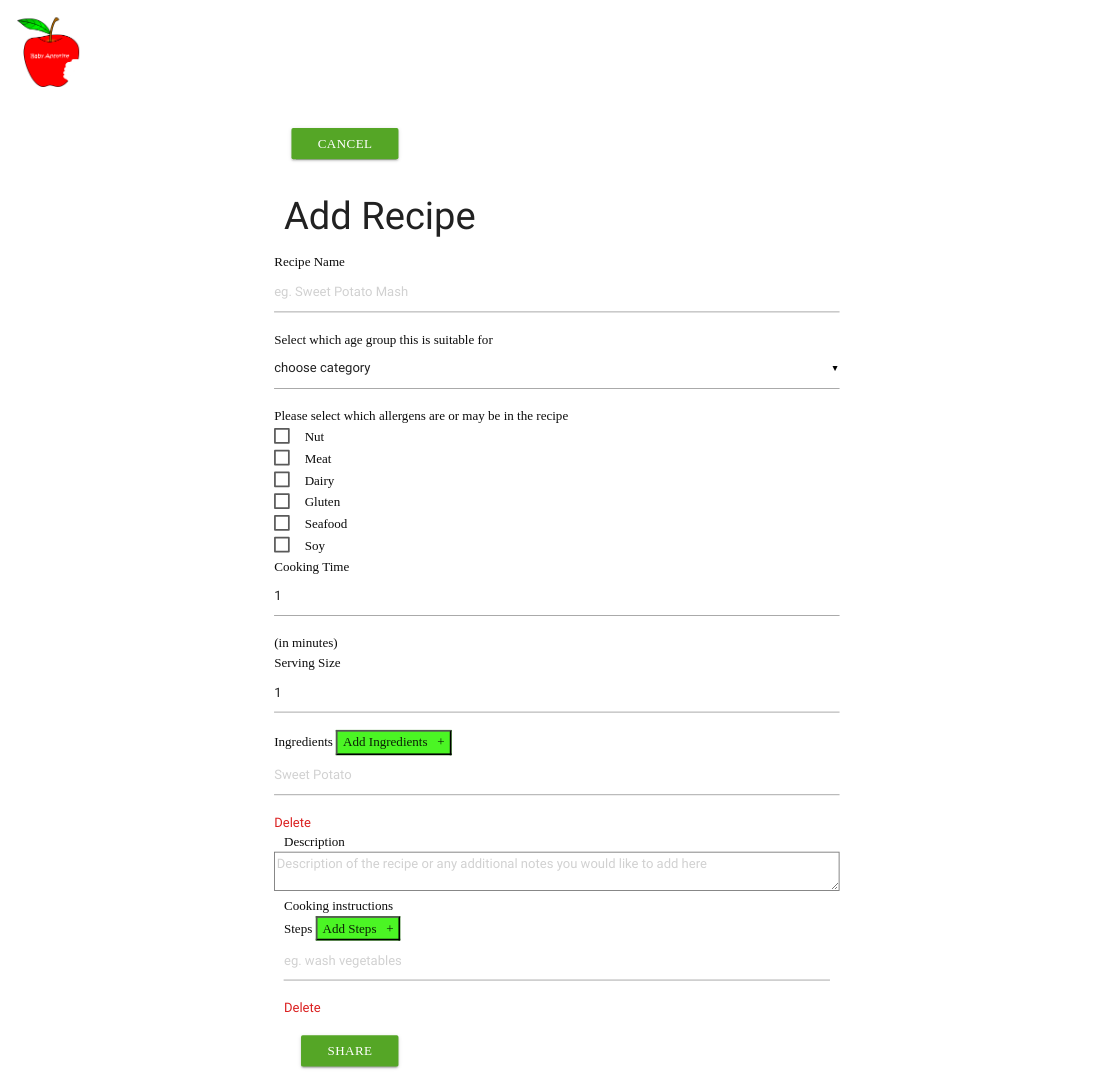
Repository: blueag8/babyappytite
Page: http://localhost/addrecipe
The author's editor kept a record of every edit. The page is drawn from the files as they stood at one moment, then again after a run of edits.
The browser window is 1280 px wide. The pictures show the whole page, at 87% of full size.
Some web fonts or font styles are not loaded; a fallback is used. Some web libraries are served in a nearby version. The page is served by the project's application, run on Flask 3 (app.py). Queries for data that is not in the repository find no rows.

Above is the page before.

### templates/addrecipe.html
{% extends 'base.html'%}{% block content %}

<div class=container>
 <div class="row">
    <div class="cancel">
     <button onclick="goBack()"class="btn">Cancel</button>
     </div>
  </div>


  <h3>Add Recipe</h3>

<div class="form">
<form action="{{url_for('insert_recipe')}}" name="form" method="POST" class="col s12">


    <div class="row">
     <label class="recipe_name">Recipe Name</label>
      <input type="text" class="form-control" id="recipe_name" name="recipe_name" placeholder="eg. Sweet Potato Mash">
     </div>

      <div class="row">
      <label for="category_age">Select which age group this is suitable for</label>

        <select id="category_age" name="category_age"required>
          <option value=""disabled>choose category</option>

               {% for cat in categories %}
          <option value="{{cat.category_age}}">{{cat.category_age}}</option>
               {% endfor %}
        </select>
      </div>

 <div class="row">
  <div class = "allergens">
     <label for="allergens" name="allergen">Please select which allergens are or may be in the recipe</label>

      <div class="form-check form-check-inline">
        <input class="form-check-input" type="checkbox" id="nut" name="allergen" value="nut">
        <label class="form-check-label" for="nut">Nut</label>
      </div>

     <div class="form-check form-check-inline">
        <input class="form-check-input" type="checkbox" id="meat" name="allergn" value="meat">
        <label class="form-check-label" for="meat">Meat</label>
     </div>

     <div class="form-check form-check-inline">
        <input class="form-check-input" type="checkbox" id="dairy" name="allergen" value="dairy">
        <label class="form-check-label" for="dairy">Dairy</label>
     </div>

     <div class="form-check form-check-inline">
       <input class="form-check-input" type="checkbox" id="gluten" name="allergen" value="gluten">
        <label class="form-check-label" for="gluten">Gluten</label>
     </div>

     <div class="form-check form-check-inline">
        <input class="form-check-input" type="checkbox" id="seafood" name="allergen" value="seafood">
        <label class="form-check-label" for="seafood">Seafood</label>
      </div>

     <div class="form-check form-check-inline">
        <input class="form-check-input" type="checkbox" id="soy" name="allergen" value="soy">
        <label class="form-check-label" for="soy">Soy</label>
     </div>
   </div>
 </div>

<div class="row">
    <label for="cooking_time">Cooking Time</label>

      <input type="number" name="cooking_time" min="0" max="200" step="1" value="1">
      <label>(in minutes)</label>
  </div>

 <div class="row">
    <label for="portion_size">Serving Size</label>
    <input type="number" name="portion_size" min="0" max="200" step="1" value="1">
  </div>


 <div class="row">
    <div class= "wrapper1">
       <div class="container1">
        <label for="ingredients">Ingredients</label>
        <button class="ingredient">Add Ingredients &nbsp;
          <span>+ </span>
        </button>
        <div><input type="text" name="ingredient" placeholder="Sweet Potato">
          <a href="#" class="delete">Delete</a></div>
      </div>
    </div>
  </div>


 <div class="recipe_description">
    <label for="recipe_description">Description</label>
      <div class="row">
      <textarea class="form-control" id="recipe_description" name="recipe_description" rows="5" placeholder="Description of the recipe or any additional notes you would like to add here"></textarea>
       </div>
    </div>

 <div class="steps">
    <label for="add_steps">Cooking instructions</label>

<!-------referred to https://stackoverflow.com/questions/14853779/adding-input-elements-dynamically-to-form ----->

      <div class= "wrapper2">
        <div class="container2">
         <label for="steps">Steps</label>
          <button class="step">Add Steps &nbsp;
            <span>+ </span>
          </button>
            <div><input type="text" name="step" placeholder="eg. wash vegetables">
            <a href="#" class="delete">Delete</a></div>
            </div>
        </div>


 <!-- Modal Trigger Materialize-->
<button data-target="share_recipe" class="btn modal-trigger">Share</button>

  <!-- Modal Structure -->
  <div id="share_recipe" class="modal">
    <div class="modal-content">
      <h4>Thank you for Sharing!</h4>
       <p><img src="/static/image/submit.png"></p>
      <p>Changed your mind? Click outside this notification box to return to edit form</p>
    </div>
    <div class="modal-footer">
     <button><a class="modal-action modal-close waves-effect waves-green btn-flat">Return to recipes</a></button>
    </div>
  </div>


</form>

 {% endblock %}

### templates/base.html
<!DOCTYPE html>
<html lang="en">
<head>
    <meta charset="UTF-8">
    <meta name="viewport" content="width=device-width, initial-scale=1.0">
    <meta http-equiv="X-UA-Compatible" content="ie=edge">

    <title>"Baby Appy-tite | Recipes for 6 months +"</title>

    <link href="https://fonts.googleapis.com/css?family=Emilys+Candy&display=swap" rel="stylesheet">
    <link rel="stylesheet" href="https://cdnjs.cloudflare.com/ajax/libs/materialize/0.100.2/css/materialize.min.css">
    <link rel="stylesheet" href="{{url_for('static', filename='css/style.css')}}" type="text/css" />
</head>
<header>
         <div class="nav-wrapper">
              <div class="navbar img">
                 <a class="icon" href="{{url_for('home')}}">
                 <img class="responsive-img" src="/static/image/babyappytite.png">
                </a>
            </div>
        </div>
      </div>
</header>
<body>
    <div class="container">
        {% block content %}{% endblock %}
    </div>


    <script src="https://cdnjs.cloudflare.com/ajax/libs/jquery/3.3.1/jquery.min.js"></script>
    <script src="https://cdnjs.cloudflare.com/ajax/libs/jquery/3.2.1/jquery.min.js"></script>
    <script src="https://cdnjs.cloudflare.com/ajax/libs/materialize/0.100.2/js/materialize.min.js"></script>

<!------------jquery referred to code for adding fields from https://www.sanwebe.com/2013/03/addremove-input-fields-dynamically-with-jquery------------------>

    <script type="text/javascript">

    $(document).ready(function(){

    var max_fields =20;
    var wrapper1 = $(".container1");
    var wrapper2 = $(".container2");
    var add_ingredient = $(".ingredient");
    var add_step = $(".step");
    var x = 1;

    $(add_ingredient).click(function(e) {
        e.preventDefault();
        if (x < max_fields) {
            x++;
            $(wrapper1).append('<div><ol><input type="text" name="ingredient"/></ol><a href="#" class="delete">Delete</a></div>'); //add input box
        } else {
            alert('You Reached the limits');
        }
    });
    $(wrapper1).on("click", ".delete", function(e) {
        e.preventDefault();
        $(this).parent('div').remove();
        x--;
    });


    $(add_step).click(function(e) {
        e.preventDefault();
        if (x < max_fields) {
            x++;
            $(wrapper2).append('<div><ol><input type="text" name="step"/></ol><a href="#" class="delete">Delete</a></div>'); //add input box
        } else {
            alert('You Reached the limits');
        }
    });
    $(wrapper2).on("click", ".delete", function(e) {
        e.preventDefault();
        $(this).parent('div').remove();
        x--;
    });


    $('.modal').modal();
    $('select').material_select();
    $('.collapsible').collapsible();

    });


    </script>






</body>

</html>

### app.py
import pymongo
import os


from bson.objectid import ObjectId
from flask import Flask, render_template, redirect, request, url_for
from flask_pymongo import PyMongo
from werkzeug.utils import secure_filename


#connect to database
app = Flask(__name__)


#set app variables
app.config["MONGO_DBNAME"] = os.environ.get("MONGO_DBNAME")
app.config["MONGO_URI"] = os.environ.get("MONGO_URI","monogodb://localhost")

app.config["SECRET_KEY"] = 'yum'


mongo = PyMongo(app)


#home page


@app.route('/')
def home():
    return render_template("index.html", categories=mongo.db.categories.find())

@app.route('/get_recipes/<category_age>', methods=["GET"])
def get_recipes(category_age):

    print(category_age)
    return render_template("recipes.html",recipes=mongo.db.recipes.find({"category_age":category_age}))

#single recipe

@app.route('/recipe/<recipe_id>')
def recipe(recipe_id):
      return render_template("recipe.html", recipes=mongo.db.recipes.find({"_id": ObjectId(recipe_id)}))

#original routes for category specific recipes

#@app.route('/sixmonth_recipes')
#def sixmonth_recipes():
   #return render_template("recipes.html", recipes=mongo.db.recipes.find({"category_age":"6 months +"}))

#@app.route('/sevenmonth_recipes')
#def sevenmonth_recipes():
    #return render_template("recipes.html", recipes=mongo.db.recipes.find({"category_age":"7 months +"}))

#@app.route('/tenmonth_recipes')
#def tenmonth_recipes():
    #return render_template("recipes.html", recipes=mongo.db.recipes.find({"category_age":"10 months +"}))

#@app.route('/twelvemonth_recipes')
#def twelvemonth_recipes():
    #return render_template("recipes.html",recipes=mongo.db.recipes.find({"category_age":"12 months +"}))

#add recipe

@app.route('/addrecipe')
def addrecipe():

    return render_template("addrecipe.html", categories=mongo.db.categories.find())

@app.route('/insert_recipe', methods=['POST'])
def insert_recipe():

    recipes=mongo.db.recipes.find()

    #if request.method == "POST":

       # if request.files:

    recipe_name=request.form["recipe_name"]
    category_age=request.form.get("category_age")
    cooking_time=int(request.form["cooking_time"])
    portion_size=int(request.form["portion_size"])
    allergens=request.form.getlist("allergen")
    ingredients=request.form.getlist("ingredient")
    recipe_description=request.form["recipe_description"]
    steps=request.form.getlist("step")
           # image = flask.request.files.get["image"]

    form={

        "recipe_name":recipe_name,
        "category_age":category_age,
        "cooking_time":cooking_time,
        "portion_size":portion_size,
        "allergen": allergens,
        "ingredient": ingredients,
        "recipe_description":recipe_description,
        "step": steps,


         }

    #image.save(os.path.join(app.config["IMAGE_UPLOADS"], filename))
    print("Image saved")

    recipes.insert_one(form)
    return redirect(url_for('home'))

#edit recipe/update recipe

@app.route('/editrecipe/<recipe_id>', methods=["GET","POST"])
def editrecipe(recipe_id):
    recipe = mongo.db.recipes.find_one({'_id': ObjectId(recipe_id)})
    categories=mongo.db.categories.find()
    return render_template('editrecipe.html', recipe=recipe, categories=categories)

@app.route('/update_recipe/<recipe_id>', methods=['POST'])
def update_recipe(recipe_id):


    #if request.method == "POST":
      # if request.files:


    recipes=mongo.db.recipes
    recipes.update( {'_id': ObjectId(recipe_id)},

    {
            'recipe_name':request.form.get("recipe_name"),
            'category_age':request.form.get("category_age"),
            'cooking_time':int(request.form["cooking_time"]),
            'portion_size':int(request.form["portion_size"]),
            'allergens':request.form.getlist('check'),
            'ingredients':request.form.getlist("ingredient"),
            'recipe_description':request.form.get("recipe_description"),
            'steps':request.form.getlist("step"),
            #'image':request.files["image"]
      })


    mongo.db.recipes.find_one_and_update(
        {'_id': ObjectId(recipe_id)},
        { '$inc': { 'stars': 1}}
    )


    return redirect(url_for('home'))

@app.route('/delete_recipe/<recipe_id>')
def delete_recipe(recipe_id):
    mongo.db.recipes.remove({'_id': ObjectId(recipe_id)})
    return redirect(url_for('home', recipe_id=recipe_id))

# routing for likes
#referred to another student's code for likes. https://github.com/Deirdre18/dumpdinners-recipe-app/blob/master/app.py

@app.route('/stars/<recipe_id>', methods=["GET", "POST"])
def stars(recipe_id):

    mongo.db.recipes.find_one_and_update(
        {'_id': ObjectId(recipe_id)},
        { '$inc': { 'stars': 1}}
    )

    return redirect(url_for('recipe', recipe_id=recipe_id))



if __name__ == '__main__':
    app.run(host=os.environ.get('IP'),
            port=int(os.environ.get('PORT')),
            debug=True)

### static/css/style.css
/*---------Navbar----------*/
.navbar {
    position: relative;
    min-height: 50px;
    margin: 20px;
    border: none;
    background-color: transparent;
}
.navbar-brand img {
    height: 50px;
}

 /* icon prefix focus color */
.input-field .prefix.active {
     color: red;
   }

.btn {
    background-color: #55a626;
    margin: 20px;
}

btn:hover, .btn-large:hover {
    background-color: #92f57c;
}

.img.icon {
    background: none;
    border: none;
}

p.recipe {
    float: right;
    background: mediumseagreen;
    padding: 15px;
    margin-right: 20px;
}

.materialize-textarea {
    width: fit-content;
}

footer {
    margin-top: 30px;
}

/*--------images---------------------*/


img {
    height: 170px;
}

img .edit {
    height: 80px;
}
.apple img {
    height: 250px;
}


.caterpillar img {
    height: 128px;
}

.card {
    margin: 20px;
    padding: 20px;
    position: relative;
    background-color: #beefaf;
    -webkit-transition: -webkit-box-shadow .25s;
    transition: -webkit-box-shadow .25s;
    transition: box-shadow .25s;
    transition: box-shadow .25s, -webkit-box-shadow .25s;
    border-radius: 2px;
}
card-body {
    font-size: large;
    text-align: justify;
    text-align: right;
    padding: 20px;
    margin: 20px;
    font-style: inherit;
}

p.recipe {
    float: right;
}

a {
    color: inherit;
}

.navbar img {
    height: 80px;
}

.form-control {
    color: #0c0c0c;
    background-color: #fff;
    background-image: none;

}
label {
   color: #0c0c0c;
    font-family: 'Emilys Candy', cursive;
    /* font-family: Emily; */
    font-size: 15px;
}

button{
    background-color: #4bf524;
    font-family: 'Emily';
}
.delete {
    color: #db1f1f;
}


/*-----Media Queries--------*/

@media (min-width: 375px)
{

.row {

    margin-bottom: 0px;
    margin-left: 0px;
}

.container-fluid {
    padding-right: 20px;
    padding-top: 20px;

}


.age img {
    height: 170px;
}
apple img {
    height: 180px;
}
.caterpillar img {
    height: 80px;
}
img.edit {
    height: 50px;
}

.modal .modal-content {
    padding: 50px;

}

col-xs-6 {
    padding: 0px;
}




}

After the next 5 edits:
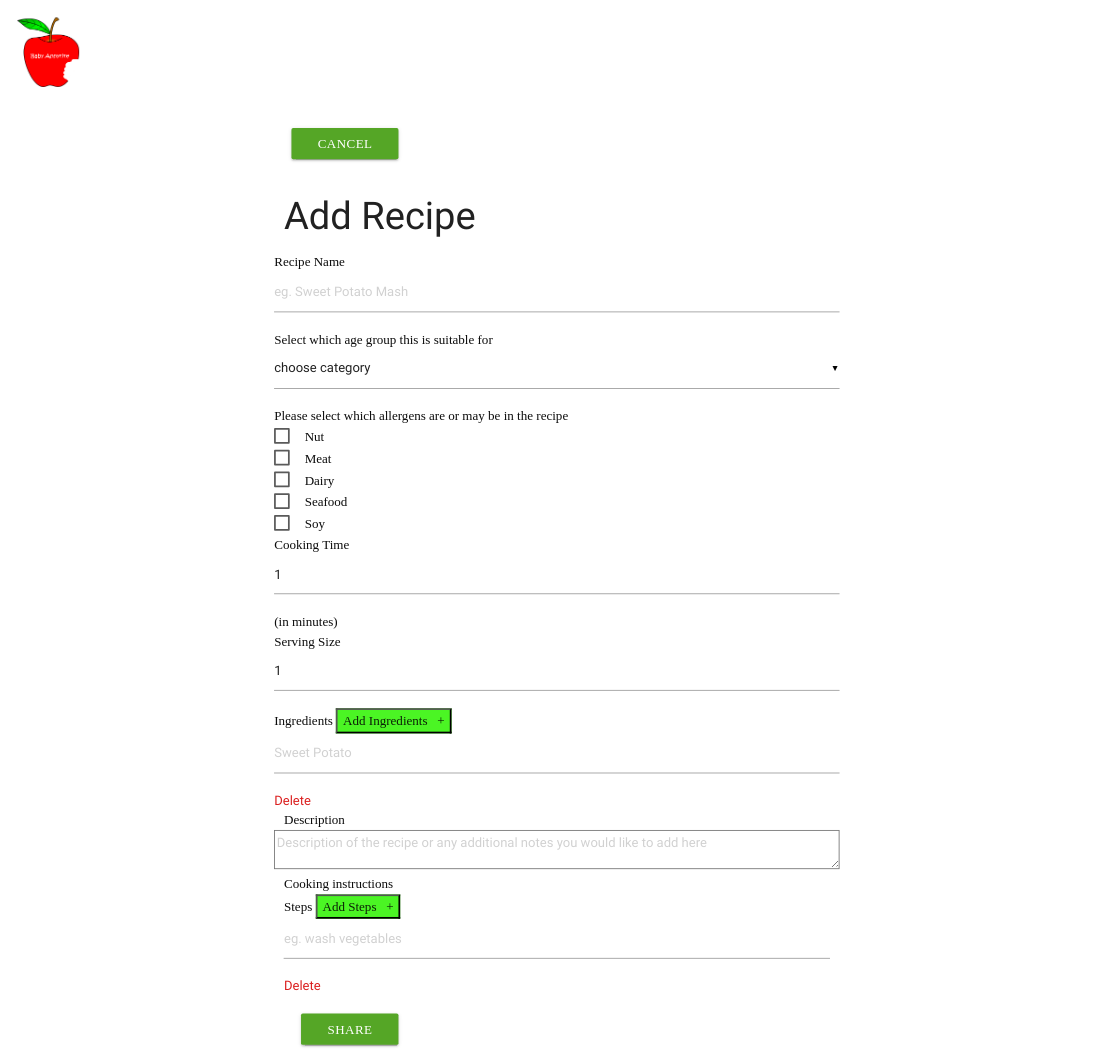
The 5 edits are shown as one change because 4 did not build or start.
The edit:
--- a/templates/addrecipe.html
+++ b/templates/addrecipe.html
@@ -31,41 +31,36 @@
         </select>
       </div>
 
- <div class="row">
-  <div class = "allergens">
-     <label for="allergens" name="allergen">Please select which allergens are or may be in the recipe</label>
+     <div class="row">
+      <div class = "allergens">
+      <label class="allergens">Please select which allergens are or may be in the recipe</label>
 
       <div class="form-check form-check-inline">
-        <input class="form-check-input" type="checkbox" id="nut" name="allergen" value="nut">
+        <input class="form-check-input" type="checkbox" id="nut" name="nut" value="nut">
         <label class="form-check-label" for="nut">Nut</label>
       </div>
 
-     <div class="form-check form-check-inline">
-        <input class="form-check-input" type="checkbox" id="meat" name="allergn" value="meat">
+      <div class="form-check form-check-inline">
+        <input class="form-check-input" type="checkbox" id="meat" name="allergen" value="meat">
         <label class="form-check-label" for="meat">Meat</label>
-     </div>
+      </div>
 
-     <div class="form-check form-check-inline">
+      <div class="form-check form-check-inline">
         <input class="form-check-input" type="checkbox" id="dairy" name="allergen" value="dairy">
         <label class="form-check-label" for="dairy">Dairy</label>
-     </div>
+      </div>
 
-     <div class="form-check form-check-inline">
-       <input class="form-check-input" type="checkbox" id="gluten" name="allergen" value="gluten">
-        <label class="form-check-label" for="gluten">Gluten</label>
-     </div>
-
-     <div class="form-check form-check-inline">
-        <input class="form-check-input" type="checkbox" id="seafood" name="allergen" value="seafood">
+      <div class="form-check form-check-inline">
+        <input class="form-check-input" type="checkbox" id="seafood" name="allergen " value="seafood">
         <label class="form-check-label" for="seafood">Seafood</label>
       </div>
 
-     <div class="form-check form-check-inline">
+      <div class="form-check form-check-inline">
         <input class="form-check-input" type="checkbox" id="soy" name="allergen" value="soy">
         <label class="form-check-label" for="soy">Soy</label>
-     </div>
+      </div>
+    </div>
    </div>
- </div>
 
 <div class="row">
     <label for="cooking_time">Cooking Time</label>
